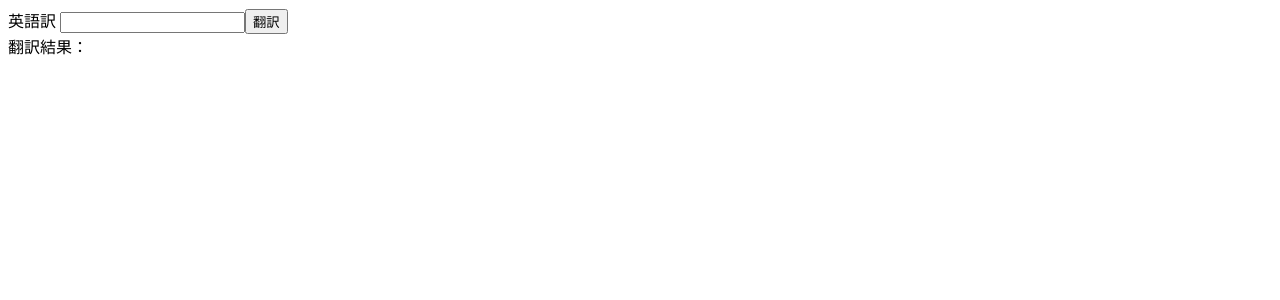
Repository: Reiya-1003/NuxtTS-Translate
Page: /
The author's editor kept a copy of each file at every save. The page is drawn from the files as they stood at one save, then again after the next save.
The browser window is 1280 px wide. The pictures show the whole page.
The project was rebuilt for these pictures with package versions that can differ from the ones it lists, and the page was loaded fresh each time. The framework's server and built-in components were replaced by stand-ins that run in the browser. Also part of the build but not shown: nuxt.config.js, components/item.vue. Imported but missing from the stored project, and not drawn on this page: plugins/firebase.

Above is the page before, as saved 2022-01-27 10:17:00.

After the next save:
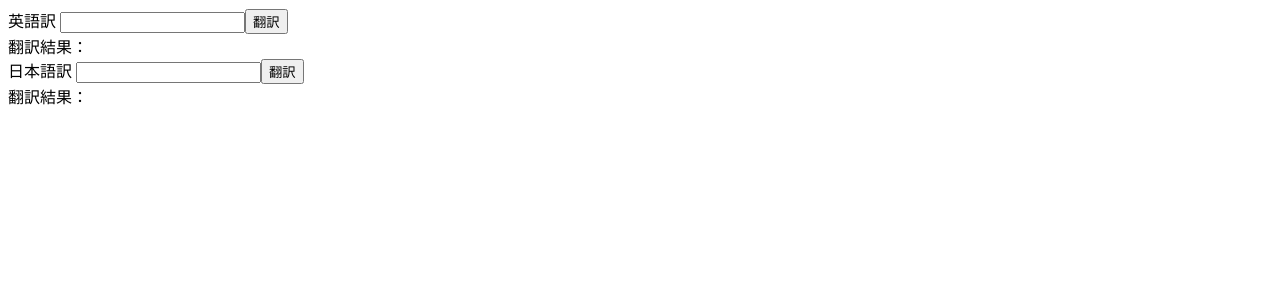
Saved 2 min 48 s later.
--- a/pages/index.vue
+++ b/pages/index.vue
@@ -1,5 +1,5 @@
 <template>
-
+　　　<div>
      <div>
      <form>英語訳
        <input type="text" v-model="japan">
@@ -8,6 +8,16 @@
      <div>翻訳結果：{{items.text}}</div>
 
 
+     </div>
+     <div>
+     <form>日本語訳
+       <input type="text" v-model="japan">
+       <button type="button" @click="Enchange">翻訳</button>
+     </form>
+     <div>翻訳結果：{{items.text}}</div>
+
+
+     </div>
      </div>
 </template>
 
